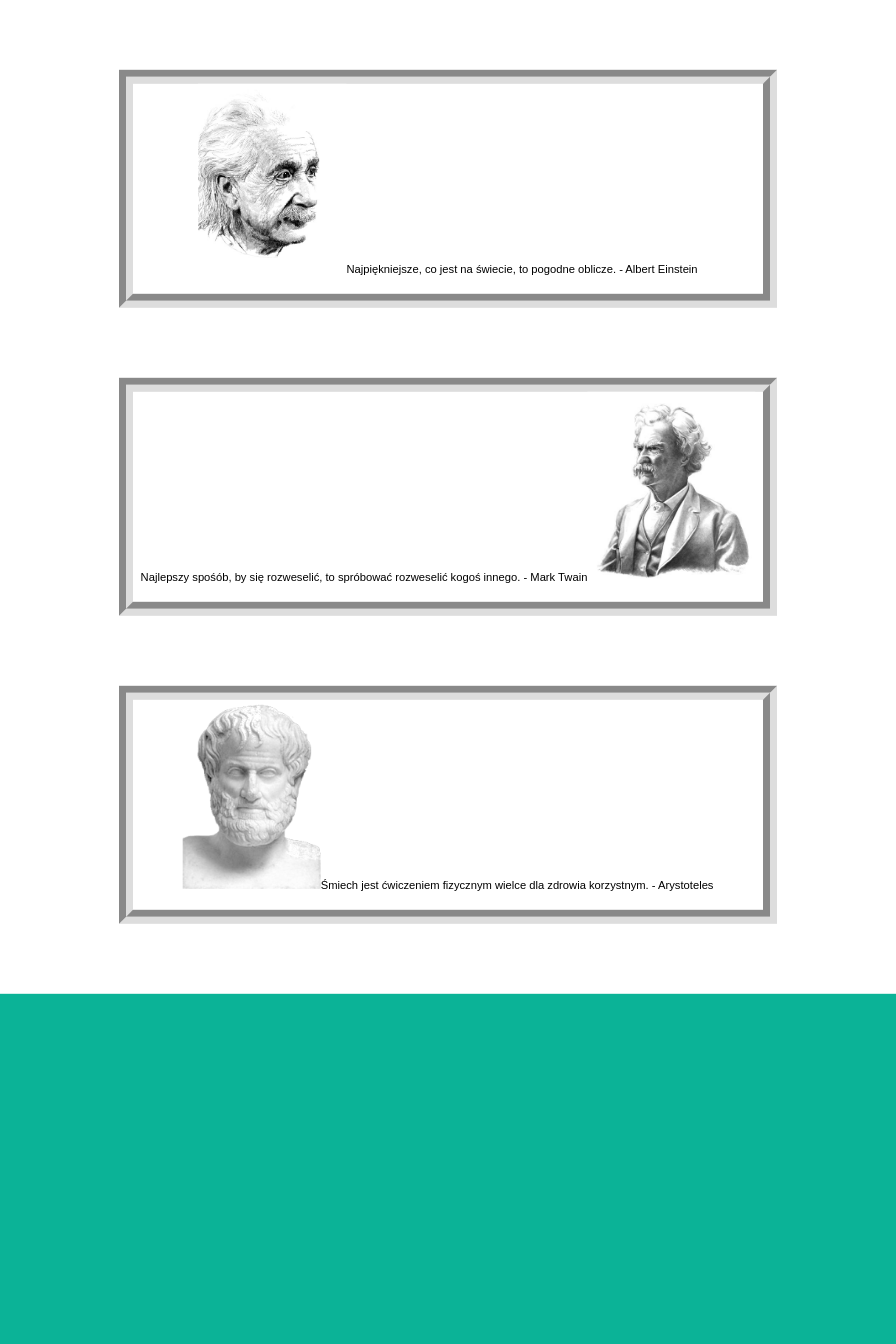
Repository: addstaw/moja-strona
Page: index.html
The author's editor kept a copy of each file at every save. The page is drawn from the files as they stood at one save, then again after the next save.
The browser window is 1280 px wide. The pictures show the part of the page from y = 1234 to 3154 px (the page is 3154 px tall), at 70% of full size.
Some web fonts or font styles are not loaded; a fallback is used.

Above is the page before, as saved 2020-05-11 19:13:10.

After the next save:
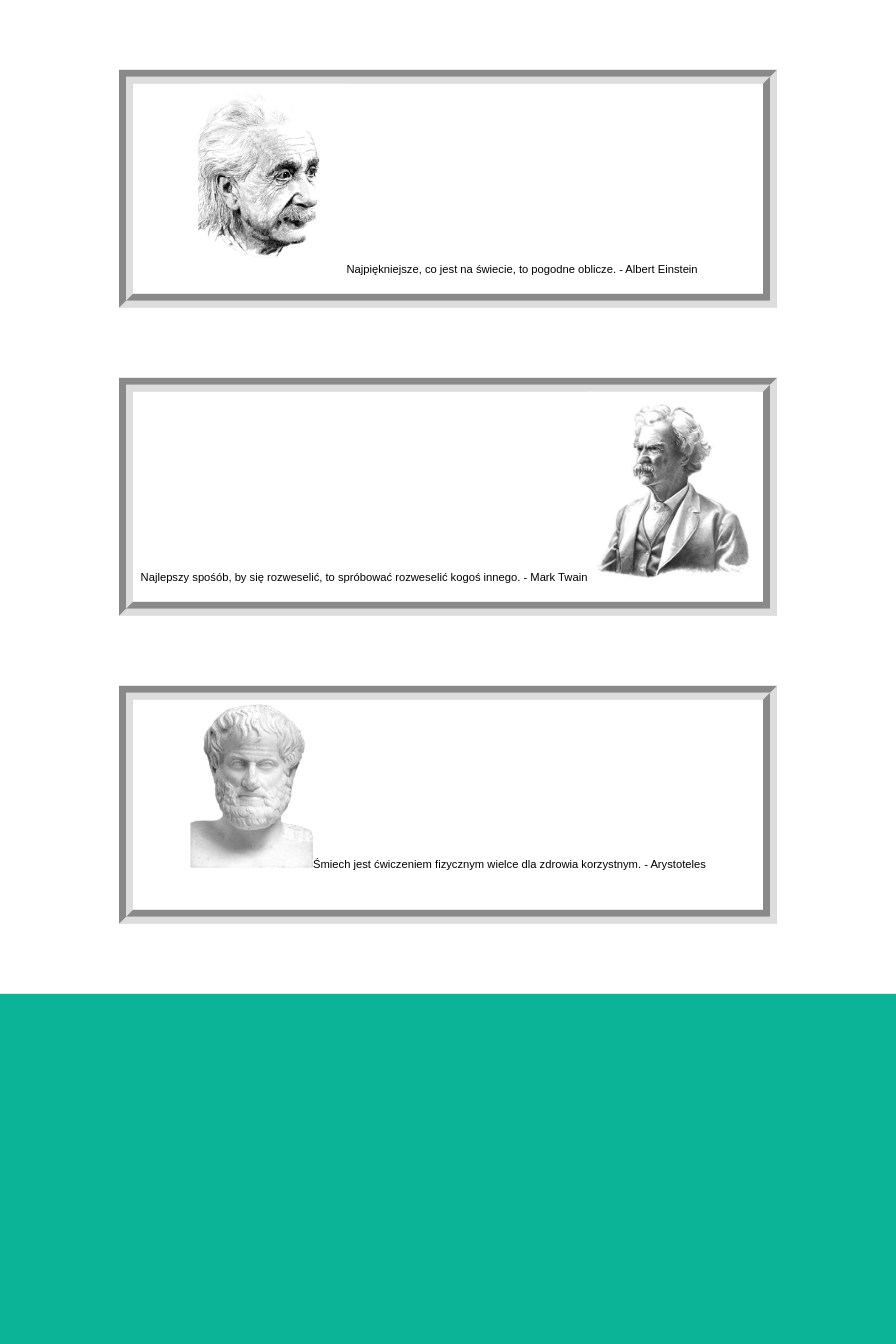
Saved 96 s later.
--- a/index.html
+++ b/index.html
@@ -62,7 +62,7 @@
                     <div class="quote">Najlepszy spośób, by się rozweselić, to spróbować rozweselić kogoś innego. - Mark Twain<img src="png/mark-twain-png-samuel-clemens-400.png" height="90%"/></div>
                 </section>
                 <section>
-                    <div class="quote"><img src="png/arystoteles.png" height="90%"/>Śmiech jest ćwiczeniem fizycznym wielce dla zdrowia korzystnym. - Arystoteles</div>
+                    <div class="quote"><img src="png/arystoteles.png" height="80%"/>Śmiech jest ćwiczeniem fizycznym wielce dla zdrowia korzystnym. - Arystoteles</div>
                 </section>
             </article>
         </div>
